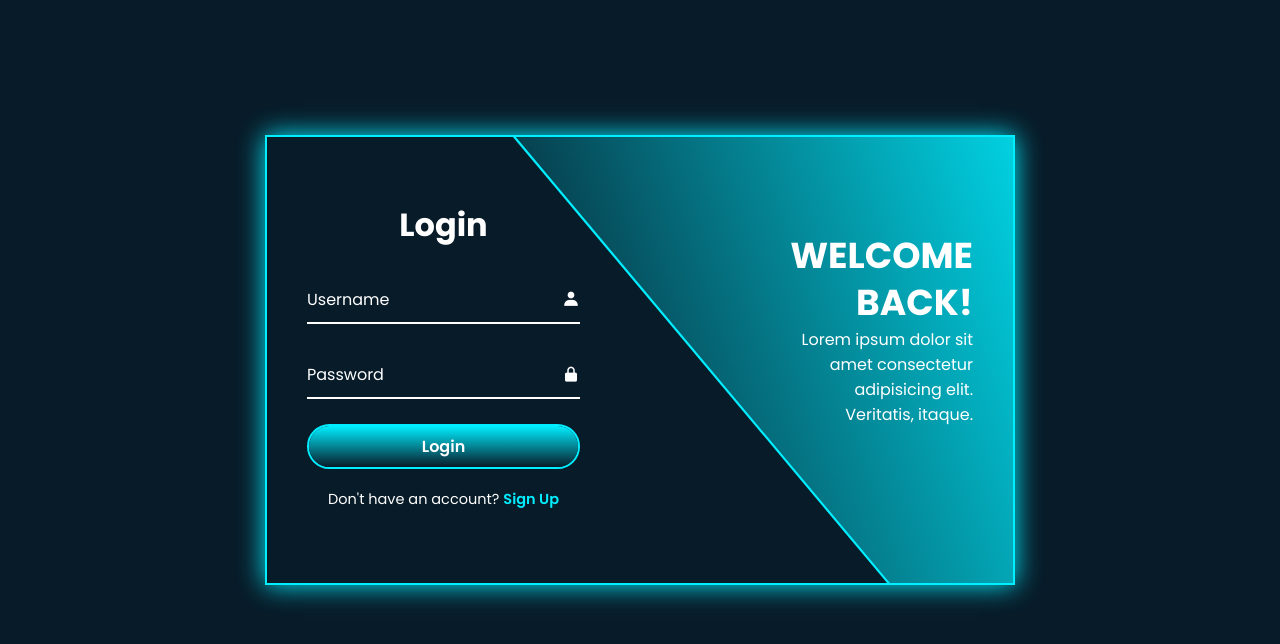
Repository: swastikjhacoder/Login-Registration-HTML
Page: index.html
The author's editor kept a copy of each file at every save. The page is drawn from the files as they stood at one save, then again after the next save.
The browser window is 1280 px wide. The pictures show the whole page.

Above is the page before, as saved 2023-09-18 16:34:02.

After the next save:
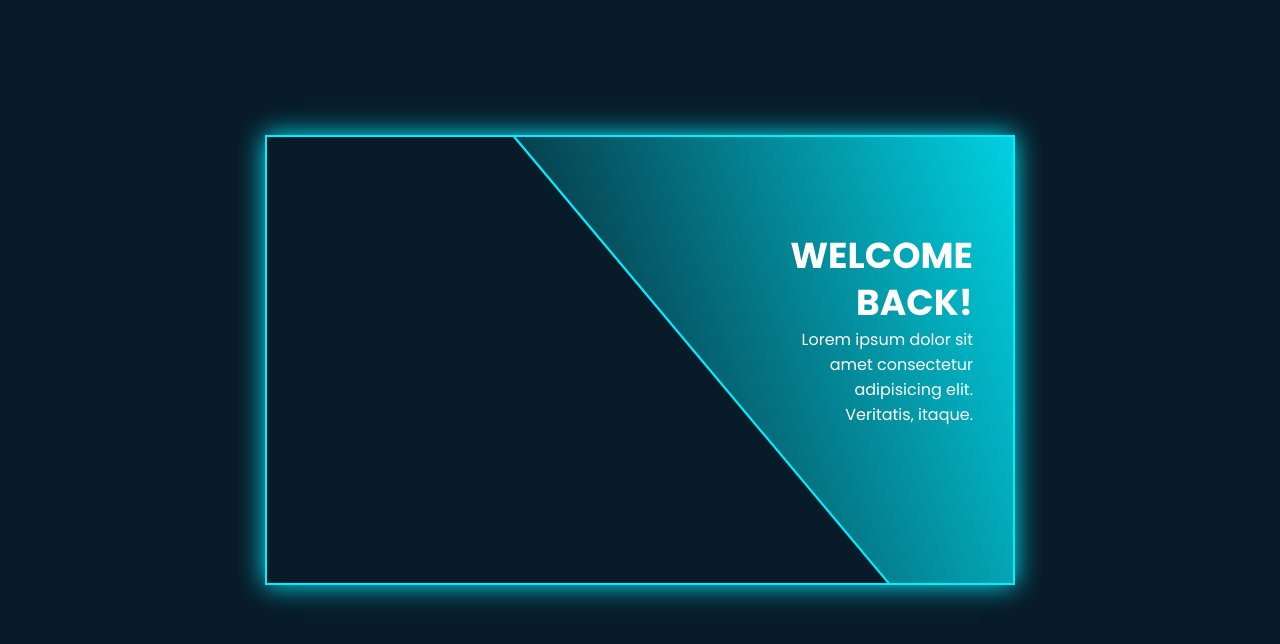
Saved 13 s later.
--- a/style.css
+++ b/style.css
@@ -45,7 +45,7 @@
 }
 
 .wrapper .form-box.login .animation {
-    transform: translateX(0);
+    transform: translateX(-120%);
 }
 
 .wrapper .form-box.register {

After the save that followed:
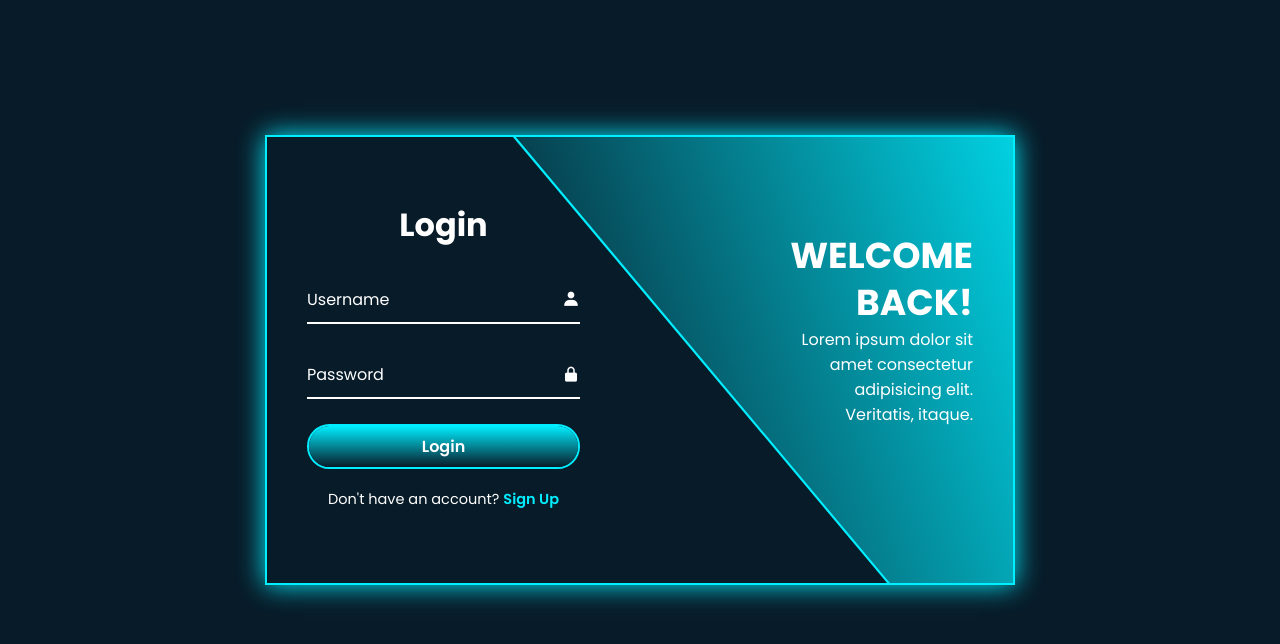
Saved 21 s later.
--- a/style.css
+++ b/style.css
@@ -44,7 +44,7 @@
     transform: translateX(0);
 }
 
-.wrapper .form-box.login .animation {
+.wrapper.active .form-box.login .animation {
     transform: translateX(-120%);
 }
 
